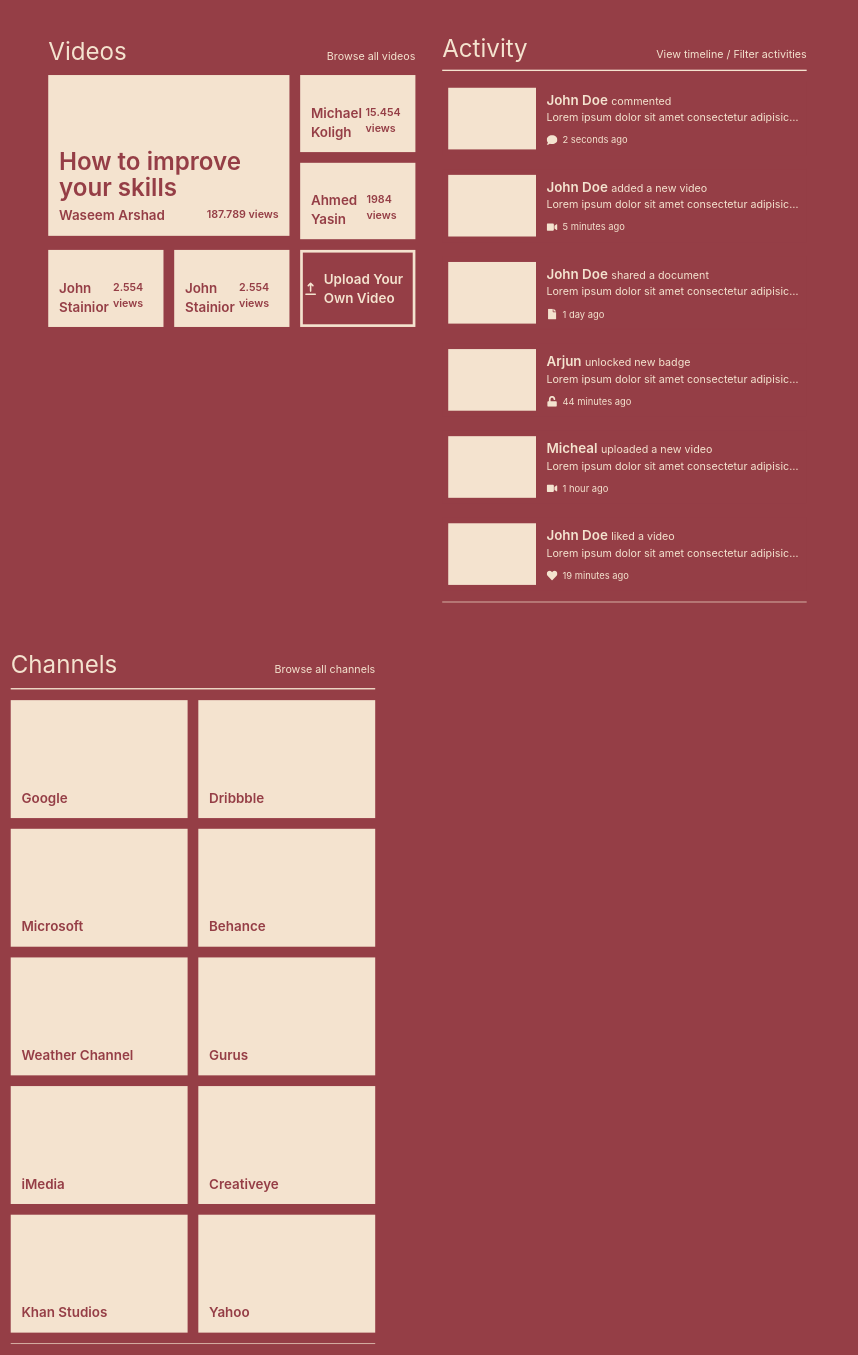
Repository: farrelmuhammad/test-salt
Page: /
The author's editor kept a copy of each file at every save. The page is drawn from the files as they stood at one save, then again after the next save.
The browser window is 1280 px wide. The pictures show the whole page, at 67% of full size.
The project was rebuilt for these pictures with package versions that can differ from the ones it lists, and the page was loaded fresh each time. Also part of the build but not shown: src/App.css.

Above is the page before, as saved 2022-11-21 16:53:34.

After the next save:
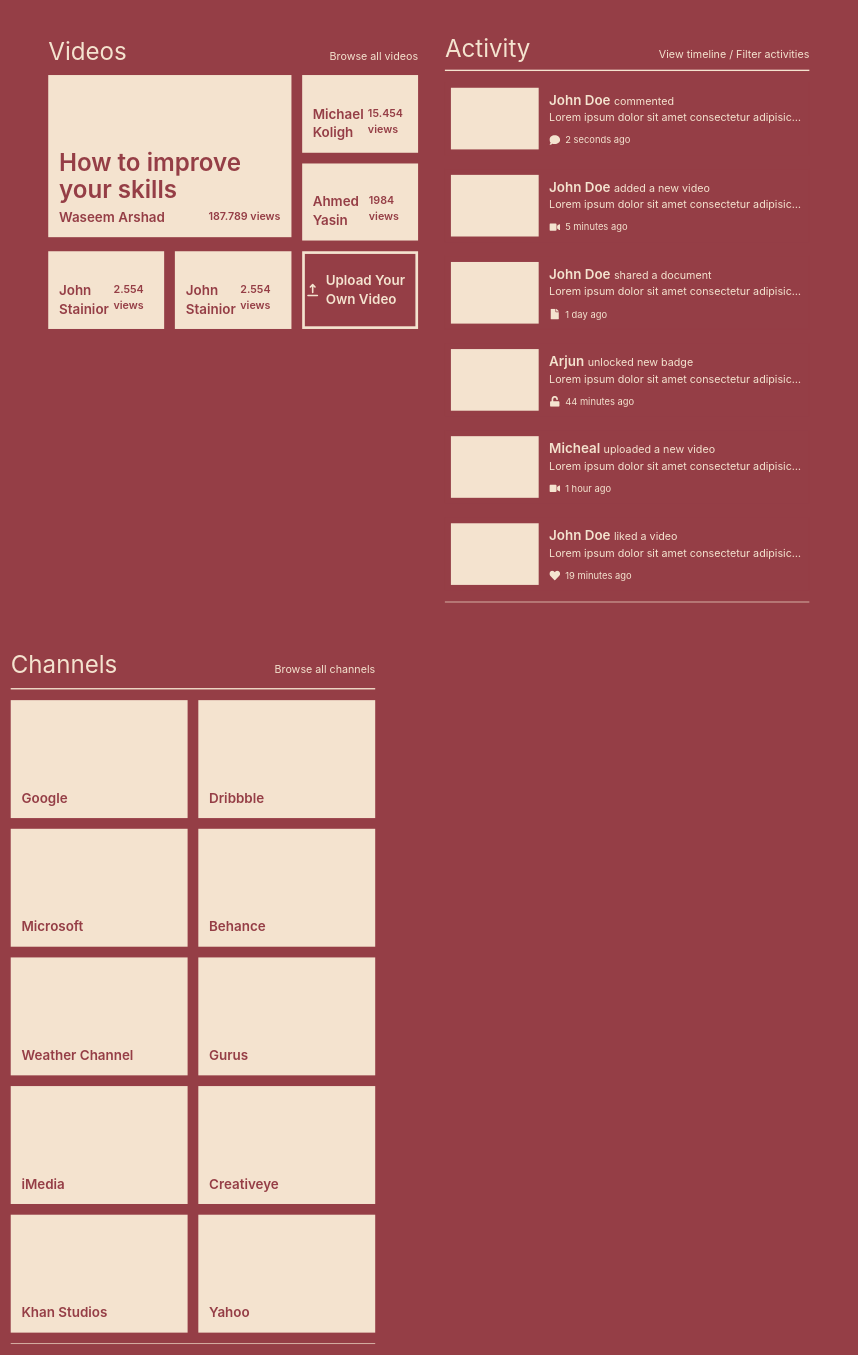
Saved 32 s later.
--- a/src/App.js
+++ b/src/App.js
@@ -8,7 +8,7 @@ function App() {
   return (
     <>
       <div className="container">
-        <div class="grid grid-cols-2 gap-2 m-10">
+        <div class="flex grid-cols-2 gap-2 m-10">
           <div>
             <Box />
           </div>
